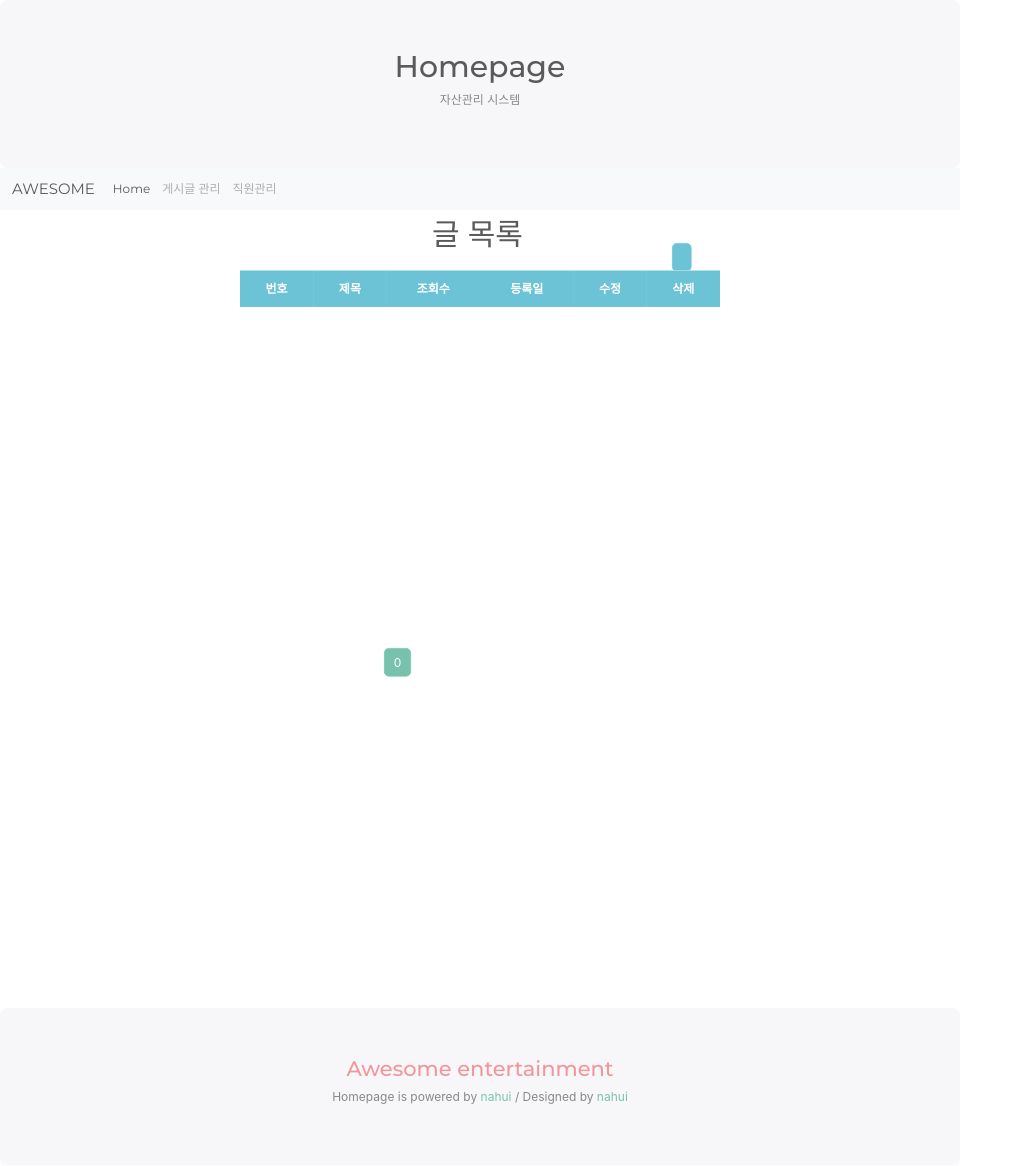
Repository: Nahui068/project1
Page: http://localhost/project1/WEB-INF/views/admin_board.jsp
An editor plug-in stored every save of this project. The page is shown before and after the next save, followed by the edit.
The browser window is 1280 px wide. The page is 1280 px wide, then 1362 px, then 1280 px, so the pictures cover 1362 px, including what lies to the right of the window. The pictures show the whole page, at 75% of full size.
The page is served by Tomcat 9. Nobody is signed in. Other server files are loaded and not shown. The template is opened directly, without the code that normally fills it, so the values that code supplies are empty.

Above is the page before, as saved 2021-01-07 05:30:34.

### project1/src/main/webapp/WEB-INF/views/admin_board.jsp
<%@ page language="java" contentType="text/html; charset=UTF-8"
    pageEncoding="UTF-8"%>
<%@ taglib prefix="c" uri="http://java.sun.com/jsp/jstl/core" %>
<%@ taglib prefix="fmt" uri="http://java.sun.com/jsp/jstl/fmt" %>
<%@ include file="/WEB-INF/views/include/admin-header.jsp" %>

<script>

//이전 버튼 이벤트

function fn_prev(page, range, rangeSize) {

		var page = ((range - 2) * rangeSize) + 1;
		var range = range - 1;


		var url =  "${pageContext.request.contextPath}/admin_board";
		url = url + "?page=" + page;
		url = url + "&range=" + range;

		location.href = url;
	}


//페이지 번호 클릭

function fn_pagination(page, range, rangeSize, searchType, keyword) {

		var url = "${pageContext.request.contextPath}/admin_board";
		url = url + "?page=" + page;
		url = url + "&range=" + range;

		location.href = url;

	}

//다음 버튼 이벤트

	function fn_next(page, range, rangeSize) {

		var page = parseInt((range * rangeSize)) + 1;
		var range = parseInt(range) + 1;

		var url =  "${pageContext.request.contextPath}/admin_board";

		url = url + "?page=" + page;
		url = url + "&range=" + range;

		location.href = url;

	}

</script>

<!DOCTYPE html>
<html>
<head>
	<link href="resources/css/bootstrap.min.css" rel="stylesheet" type="text/css">
	<meta charset="UTF-8">
	<title>글 목록</title>
</head>
<body>
	<h1 style="position:absolute; top:40%; left:45%;">글 목록</h1>
	<input type="button" class="btn btn-info value="글등록" onClick="location.href='/project1/board_form'" style="position:absolute; top:45%; left:70%;">
	<table class="table table-hover" style="position:absolute; top:50%; left:25%; width:50%;">
		<tr class="table-info" style="text-align:center;">
			<th>번호</th>
			<th>제목</th>
			<th>조회수</th>
			<th>등록일</th>
			<th>수정</th>
			<th>삭제</th>
		</tr>
	<c:forEach var="list" items="${boardList}">
		<tr class="table-light" style="text-align:center;">
			<td>${list.num}</td>
			<td><a href="/project1/admin_content?num=${list.num}&title=${list.title}">${list.title}</a></td>
			<td>${list.readcount}</td>
			<fmt:formatDate var="dateTempParse" pattern="yyyy-MM-dd" value="${list.reg}"/>
			<td><c:out value="${dateTempParse}"></c:out></td>
			<td><a href="/project1/admin_board_update?num=${list.num}&title=${list.title}">수정</a></td>
			<td><a href="/project1/board_delete?num=${list.num}&title=${list.title}">삭제</a></td>
		</tr>
	</c:forEach>

	</table>

		<ul class="pagination" style="position:absolute; top:120%; left:40%; width:50%;">
			<c:if test="${pagination.prev}">

				<li class="page-item"><a class="page-link" href="#" onClick="fn_prev('${pagination.page}', '${pagination.range}', '${pagination.rangeSize}')">Previous</a></li>

			</c:if>


			<c:forEach begin="${pagination.startPage}" end="${pagination.endPage}" var="idx">

				<li class="page-item <c:out value="${pagination.page == idx ? 'active' : ''}"/> "><a class="page-link" href="#" onClick="fn_pagination('${idx}', '${pagination.range}', '${pagination.rangeSize}')"> ${idx} </a></li>

			</c:forEach>


			<c:if test="${pagination.next}">

				<li class="page-item"><a class="page-link" href="#" onClick="fn_next('${pagination.page}','${pagination.range}', '${pagination.rangeSize}')" >Next</a></li>

			</c:if>

		</ul>
<%@ include file="/WEB-INF/views/include/footer.jsp" %>
</body>
</html>

### project1/src/main/webapp/WEB-INF/views/include/admin-header.jsp
<%@ page language="java" contentType="text/html; charset=UTF-8"
    pageEncoding="UTF-8"%>
<%@ taglib prefix="c" uri="http://java.sun.com/jsp/jstl/core" %>

<!DOCTYPE html>
<html>
<head>
	<meta charset="UTF-8">
	<meta charset="utf-8">
	<meta name="viewport" content="width=device-width, initial-scale=1">
	<!-- CSS -->
	<link rel="stylesheet" href="https://maxcdn.bootstrapcdn.com/bootstrap/4.1.3/css/bootstrap.min.css">
	<!-- JS -->
	<script src="https://ajax.googleapis.com/ajax/libs/jquery/3.3.1/jquery.min.js"></script>
	<script src="https://cdnjs.cloudflare.com/ajax/libs/popper.js/1.14.3/umd/popper.min.js"></script>
	<script src="https://maxcdn.bootstrapcdn.com/bootstrap/4.1.3/js/bootstrap.min.js"></script>


</head>
<body>
	<div class="jumbotron text-center mb-0">
		<h1>Homepage</h1> <p>자산관리 시스템</p>
	</div>
	<nav class="navbar navbar-expand-lg navbar-light bg-light">
  <a class="navbar-brand" href="/project1/board_select">AWESOME</a>
  <button class="navbar-toggler" type="button" data-toggle="collapse" data-target="#navbarColor03" aria-controls="navbarColor03" aria-expanded="false" aria-label="Toggle navigation">
    <span class="navbar-toggler-icon"></span>
  </button>

  <div class="collapse navbar-collapse" id="navbarColor03">
    <ul class="navbar-nav mr-auto">
      <li class="nav-item active">
        <a class="nav-link" href="/project1/admin_board">Home
          <span class="sr-only">(current)</span>
        </a>
      </li>
      <li class="nav-item">
        <a class="nav-link" href="/project1/admin_board">게시글 관리</a>
      </li>
      <li class="nav-item">
        <a class="nav-link" href="#">직원관리</a>
      </li>
      <!-- <li class="nav-item dropdown">
        <a class="nav-link dropdown-toggle" data-toggle="dropdown" href="#" role="button" aria-haspopup="true" aria-expanded="false">Dropdown</a>
        <div class="dropdown-menu">
          <a class="dropdown-item" href="#">Action</a>
          <a class="dropdown-item" href="#">Another action</a>
          <a class="dropdown-item" href="#">Something else here</a>
          <div class="dropdown-divider"></div>
          <a class="dropdown-item" href="#">Separated link</a>
        </div>
      </li> -->
    </ul>
 	<c:if test="${sessionScope.id !=null}">
    	 ${sessionScope.id}
    	 <input type="button" value="로그아웃" onclick="location.href='/project1/logout'">
    </c:if>
 </div>

</nav>
</body>
</html>

### project1/src/main/webapp/WEB-INF/views/include/footer.jsp
<%@ page language="java" contentType="text/html; charset=UTF-8"
    pageEncoding="UTF-8"%>
<!DOCTYPE html>
<html>
<head>
<meta charset="UTF-8">
<link href="resources/css/bootstrap.min.css" rel="stylesheet" type="text/css">
<link href="resources/css/style-css.css" rel="stylesheet" type="text/css">
</head>
<body>
<!-- footer -->
<div id="footer" class="jumbotron text-center mt-5 mb-0" style="position:absolute;width:100%; top:180%;">
	<h3 class="text-secondary">Awesome entertainment</h3>
	<p>Homepage is powered by <span class="text-primary">nahui</span> / Designed by <span class="text-primary">nahui</span></p>
</div>

</body>
</html>

### project1/src/main/webapp/resources/css/style-css.css
@charset "UTF-8";

#stu_btn{
	margin-right:20px;
}

#meet_btn{
	margin-left:40px;
}

Loaded but not shown: project1/src/main/webapp/resources/css/bootstrap.min.css (library)

After the next save:
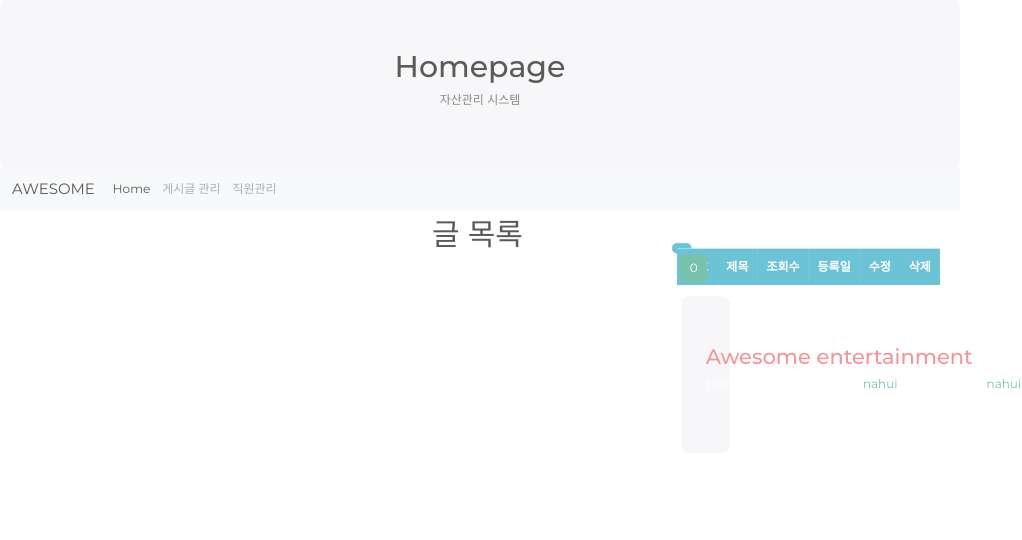
Saved 16 s later.
--- a/project1/src/main/webapp/WEB-INF/views/admin_board.jsp
+++ b/project1/src/main/webapp/WEB-INF/views/admin_board.jsp
@@ -61,7 +61,7 @@
 </head>
 <body>
 	<h1 style="position:absolute; top:40%; left:45%;">글 목록</h1>
-	<input type="button" class="btn btn-info value="글등록" onClick="location.href='/project1/board_form'" style="position:absolute; top:45%; left:70%;">
+	<button type="button" class="btn btn-info value="글등록" onClick="location.href='/project1/board_form'" style="position:absolute; top:45%; left:70%;">
 	<table class="table table-hover" style="position:absolute; top:50%; left:25%; width:50%;">
 		<tr class="table-info" style="text-align:center;">
 			<th>번호</th>

After the save that followed:
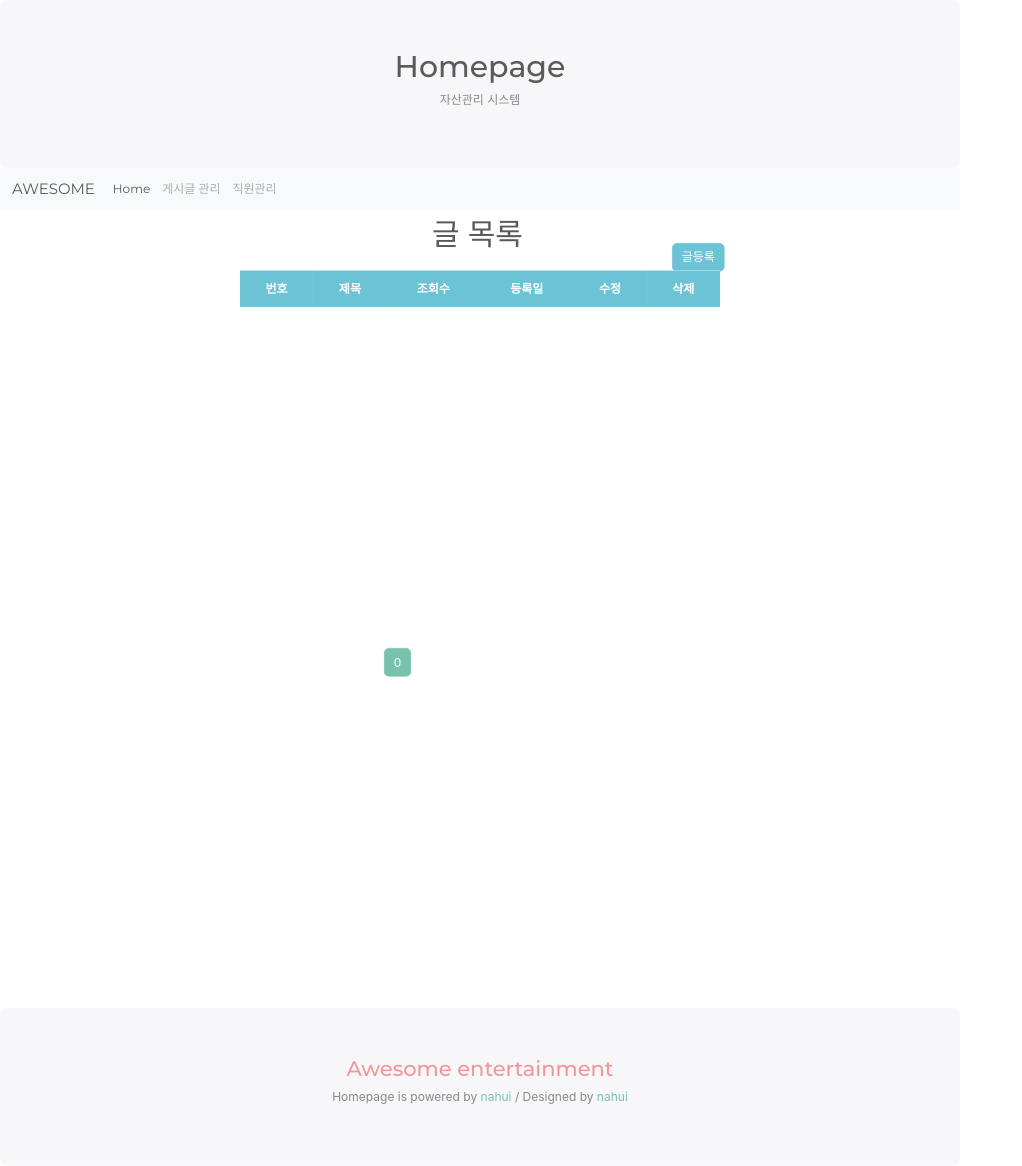
Saved 7 s later.
--- a/project1/src/main/webapp/WEB-INF/views/admin_board.jsp
+++ b/project1/src/main/webapp/WEB-INF/views/admin_board.jsp
@@ -61,7 +61,7 @@
 </head>
 <body>
 	<h1 style="position:absolute; top:40%; left:45%;">글 목록</h1>
-	<button type="button" class="btn btn-info value="글등록" onClick="location.href='/project1/board_form'" style="position:absolute; top:45%; left:70%;">
+	<input type="button" class="btn btn-info" value="글등록" onClick="location.href='/project1/board_form'" style="position:absolute; top:45%; left:70%;">
 	<table class="table table-hover" style="position:absolute; top:50%; left:25%; width:50%;">
 		<tr class="table-info" style="text-align:center;">
 			<th>번호</th>
